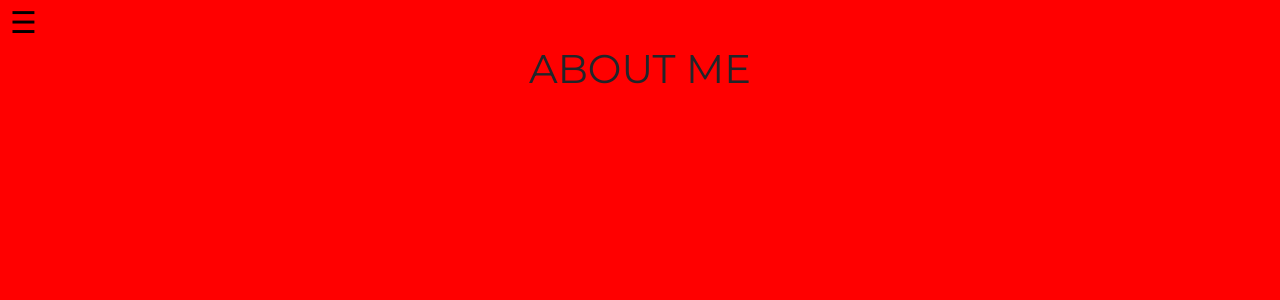
Repository: mamadont/MamadouFitnessWebsite
Page: pages-html/workout-programs.html
These files come from the project's save history. The page is drawn as it stood at one moment and after the next save; the edit follows.
The browser window is 1280 px wide. The pictures show the whole page.
Some web libraries are served in a nearby version.

Above is the page before, as saved 2020-07-12 02:34:09.

### pages-html/workout-programs.html
<!DOCTYPE html>
<html>

<head>
    <title>Mamadou Fitness</title>
    <link rel="stylesheet" href='../pages-css/about-me.css'>
    <meta name="viewport" content="width=device-width, initial-scale=1.0">
    <!-- Montserrat font -->
    <link href='https://fonts.googleapis.com/css?family=Montserrat' rel='stylesheet'>

    <!-- Bootstrap -->
    <link rel="stylesheet" href="https://stackpath.bootstrapcdn.com/bootstrap/4.5.0/css/bootstrap.min.css" integrity="sha384-9aIt2nRpC12Uk9gS9baDl411NQApFmC26EwAOH8WgZl5MYYxFfc+NcPb1dKGj7Sk" crossorigin="anonymous">
    <!-- Animate.CSS-->
    <link rel="stylesheet" href="https://cdnjs.cloudflare.com/ajax/libs/animate.css/4.0.0/animate.min.css" />
    <!-- Font Awesome -->
    <script src="https://kit.fontawesome.com/0a51dc7bb6.js" crossorigin="anonymous"></script>
</head>

<body>
    <!-- Parent container-->
    <div id="main" class="bg">
        <!-- Hamburger Icon-->
        <span class="menu-icon" onclick="openNav()">&#9776; </span>

        <!-- About me content-->
        <div class="container">
            <!-- Header -->
            <div class="row justify-content-center animate__animated animate__slideInDown">
                <h1 id="header"> ABOUT ME</h1>
            </div>

            <!-- About me description -->




        </div>
    </div>

    <!-- Side menu-->
    <div id="myNav" class="overlay">
        <a href="javascript:void(0)" class="closebtn" onclick="closeNav()">&times;</a>
        <div class="overlay-content">
            <!-- Menu Options -->
            <a href="../index.html">Home</a>
            <a href="./about-me.html">About me</a>
            <a href="./social-media.html">Social Media</a>
            <a href="./workout-programs.html">Workout Programs</a>
            <a href="#">Shop</a>
            <a href="./contact-me.html">Apply for Coaching</a>
        </div>
    </div>

    <!-- Javascript for this page-->
    <script src="../scripts/script.js"></script>
    <!-- Necessary script tags for Bootstrap-->
    <script src="https://code.jquery.com/jquery-3.5.1.slim.min.js" integrity="sha384-DfXdz2htPH0lsSSs5nCTpuj/zy4C+OGpamoFVy38MVBnE+IbbVYUew+OrCXaRkfj" crossorigin="anonymous"></script>
    <script src="https://cdn.jsdelivr.net/npm/popper.js@1.16.0/dist/umd/popper.min.js" integrity="sha384-Q6E9RHvbIyZFJoft+2mJbHaEWldlvI9IOYy5n3zV9zzTtmI3UksdQRVvoxMfooAo" crossorigin="anonymous"></script>
    <script src="https://stackpath.bootstrapcdn.com/bootstrap/4.5.0/js/bootstrap.min.js" integrity="sha384-OgVRvuATP1z7JjHLkuOU7Xw704+h835Lr+6QL9UvYjZE3Ipu6Tp75j7Bh/kR0JKI" crossorigin="anonymous"></script>
</body>

</html>

### pages-css/about-me.css
/* Background Image */

body,
html {
    height: 100%;
    overflow-x: hidden;
    background-color: red;
}

.bg {
    /* The image used */
    background-color: #FF0000;
    /* Full height */
    height: 100%;
    /* Center and scale the image nicely */
    background-position: center;
    background-repeat: no-repeat;
    background-size: cover;
    z-index: -1;
}


/* Hamburger (Menu) icon */

.menu-icon {
    font-size: 30px;
    cursor: pointer;
    padding-left: 10px;
    color: black;
    height: 300px;
    width: 300px;
}


/* About me header */

#header {
    text-align: center;
    font-family: 'Montserrat';
}


/* Menu overlay */

.overlay {
    height: 100%;
    width: 0;
    position: fixed;
    z-index: 1;
    top: 0;
    left: 0;
    background-color: black;
    overflow-x: hidden;
    transition: 0.5s;
}

.overlay-content {
    position: relative;
    top: 25%;
    width: 100%;
    text-align: center;
    margin-top: 30px;
}

.overlay a {
    padding: 8px;
    text-decoration: none;
    font-size: 36px;
    color: #818181;
    display: block;
    transition: 0.3s;
}

.overlay a:hover,
.overlay a:focus {
    color: red;
    text-decoration: none;
}

.overlay .closebtn {
    position: absolute;
    top: 20px;
    right: 45px;
    font-size: 60px;
}

@media screen and (max-height: 450px) {
    .overlay a {
        font-size: 20px
    }
    .overlay .closebtn {
        font-size: 40px;
        top: 15px;
        right: 35px;
    }
}


/* About me content */

p {
    font-size: 22px;
}

#header {
    text-align: center;
}

#my-image {
    height: 350px;
    width: 500px;
    margin: auto;
}

.animate__animated {
    --animation-duration: 3s;
}


/* For smaller screens */

@media(max-width: 767px) {
    p {
        font-size: large;
        font-family: 'Montserrat';
    }
    #about-me-desc {
        padding: 20px;
    }
    #my-image {
        height: 300px;
        width: 350px;
        margin: auto;
    }
}

### scripts/script.js
function openNav() {
    // Changes width based on the width of the viewport (30% for larger screens, 100% for smaller screens)
    if (window.innerWidth < 1280) {
        document.getElementById("myNav").style.width = "100%";
    } else {
        document.getElementById("myNav").style.width = "30%";
    }

    document.getElementById("main").style.opacity = 0.5;



}

function closeNav() {
    document.getElementById("myNav").style.width = "0%";
    document.getElementById("main").style.opacity = 1.0
}

After the next save:
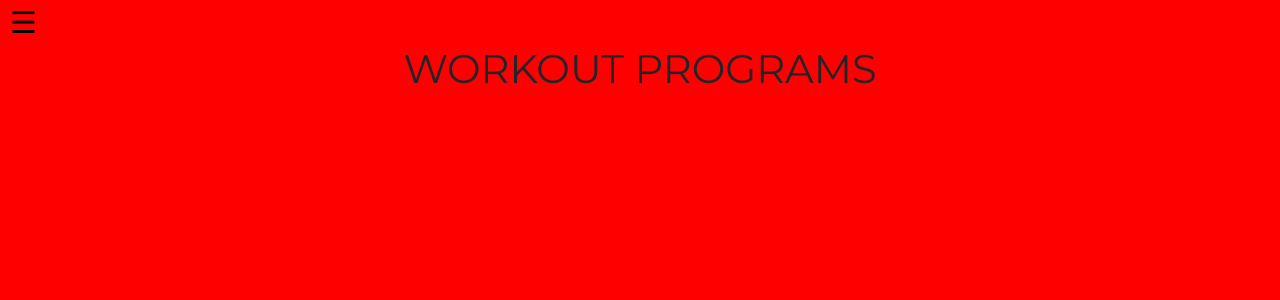
Saved 16 s later.
--- a/pages-html/workout-programs.html
+++ b/pages-html/workout-programs.html
@@ -26,7 +26,7 @@
         <div class="container">
             <!-- Header -->
             <div class="row justify-content-center animate__animated animate__slideInDown">
-                <h1 id="header"> ABOUT ME</h1>
+                <h1 id="header"> WORKOUT PROGRAMS </h1>
             </div>
 
             <!-- About me description -->
